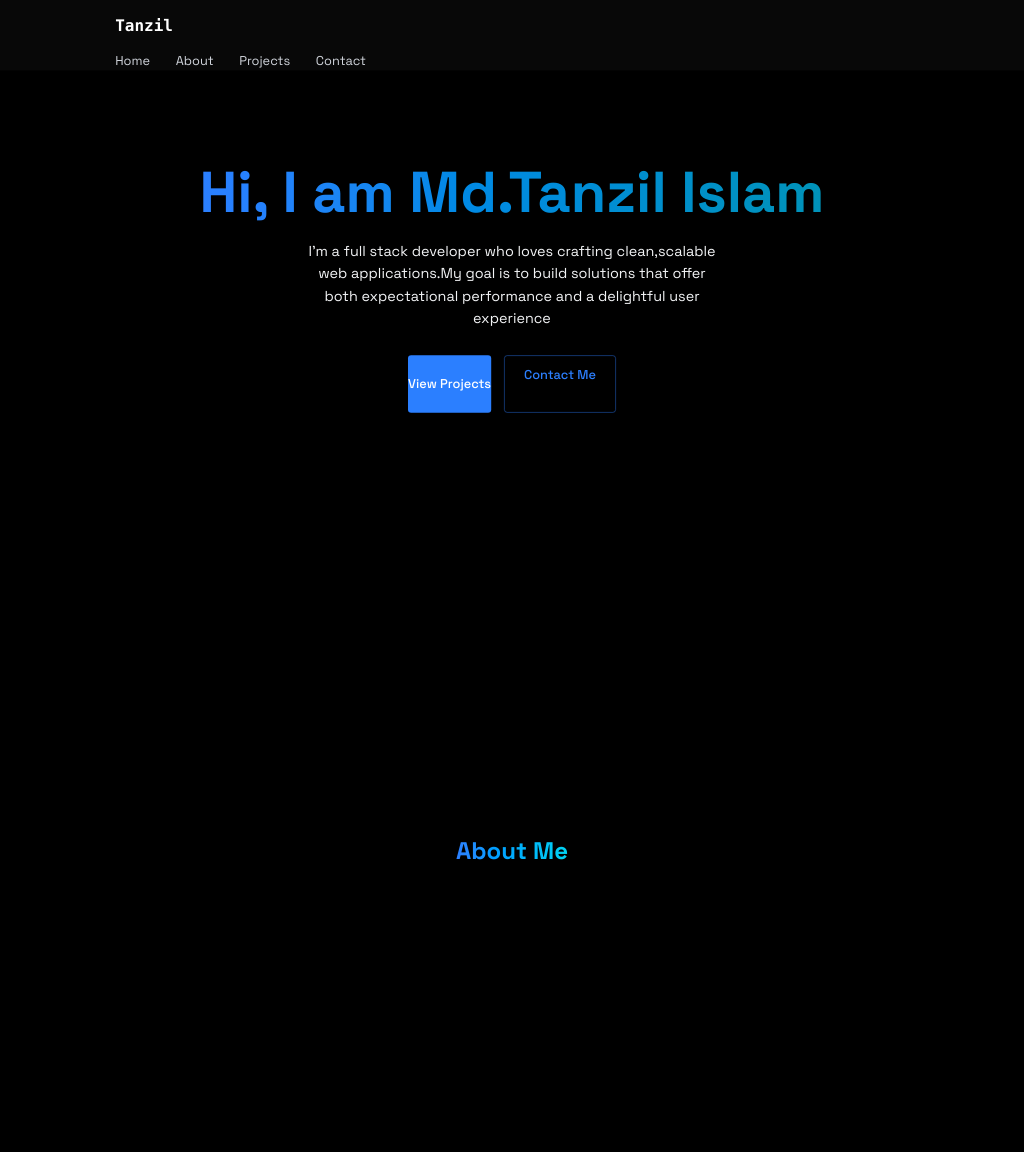
Repository: tanimtanzilislam/my_portfolio
Page: /
The author's editor kept a copy of each file at every save. The page is drawn from the files as they stood at one save, then again after the next save.
The browser window is 1280 px wide. The pictures show the whole page, at 80% of full size.
The project was rebuilt for these pictures with package versions that can differ from the ones it lists, and the page was loaded fresh each time. Also part of the build but not shown: vite.config.js.

Above is the page before, as saved 2025-05-10 13:13:34.

After the next save:
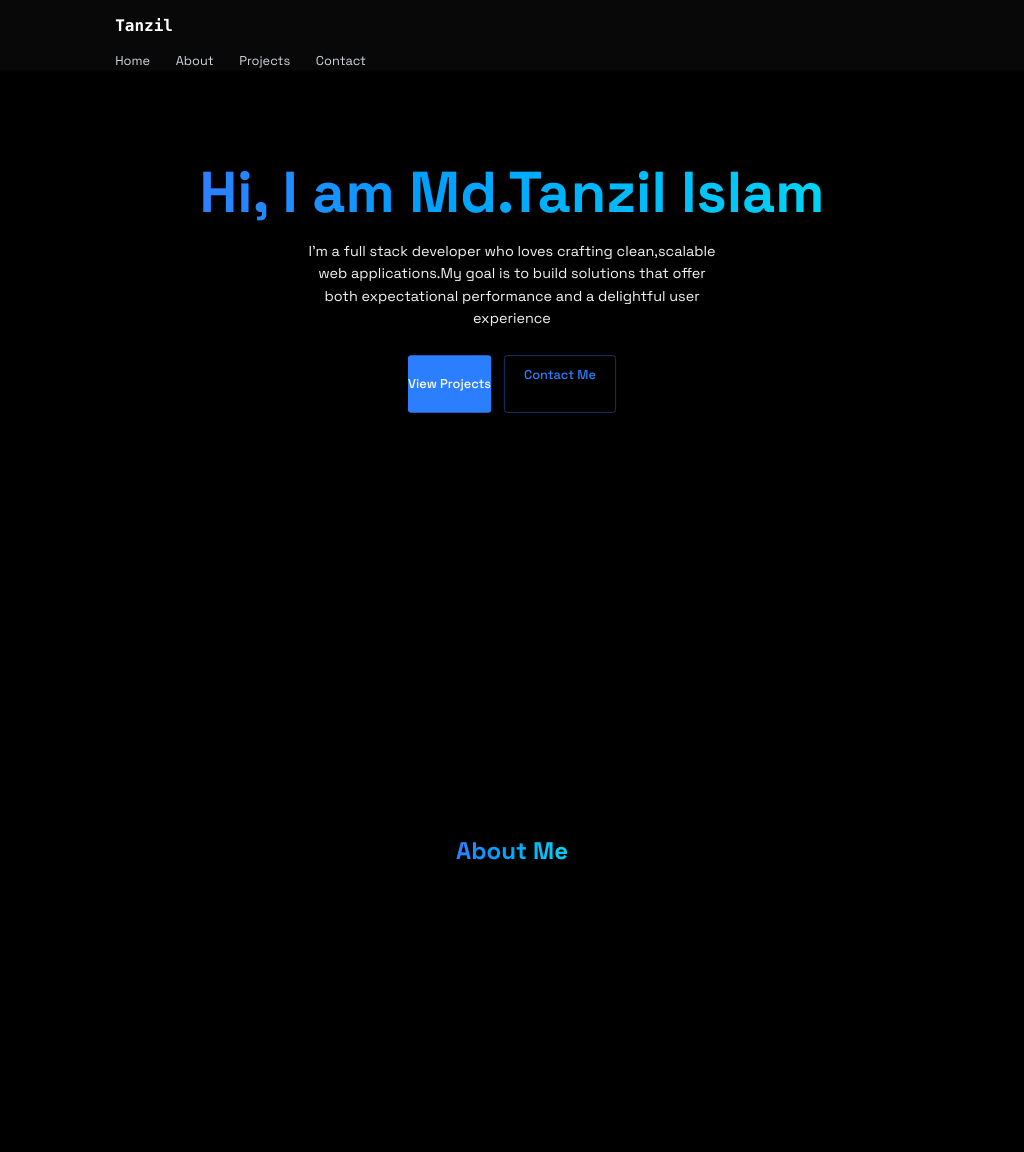
Saved 26 s later.
--- a/src/components/sections/Home.jsx
+++ b/src/components/sections/Home.jsx
@@ -1,7 +1,7 @@
 export const Home =()=>{
     return <section id="home" className="min-h-screen flex items-center justify-center relative">
         <div className="text-center z-10 px-14">
-            <h1 className="text-5xl md:text-7xl font-bold mb-6 bg-gradient-to-r from-blue-500 to-cyan-600 bg-clip-text text-transparent leading-right">Hi, I am Md.Tanzil Islam </h1>
+            <h1 className="text-5xl md:text-7xl font-bold mb-6 bg-gradient-to-r from-blue-500 to-cyan-400 bg-clip-text text-transparent leading-right">Hi, I am Md.Tanzil Islam </h1>
                 <p  className="tex-gray-400 text-lg mb-8 max-w-lg mx-auto">
                     I'm a full stack developer who loves crafting clean,scalable web applications.My goal is to build solutions that offer both expectational performance and a delightful user experience                </p>
 
